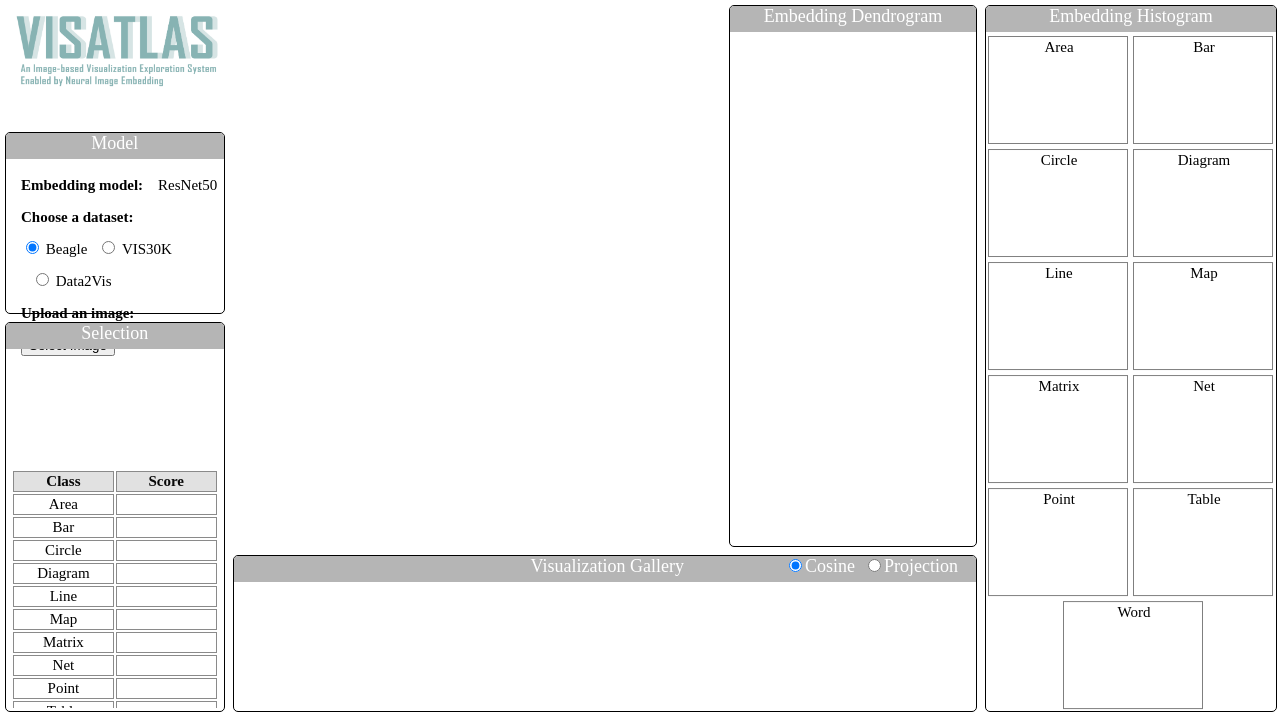
Repository: yilinye/AI_and_human_paintings
Page: / (app in VIS4AI_art/Frontend/)
The author's editor kept a copy of each file at every save. The page is drawn from the files as they stood at one save, then again after the next save.
The browser window is 1280 px wide. The pictures show the whole page.
The page's requests for data from a server got no answer. The project was rebuilt for these pictures with package versions that can differ from the ones it lists, and the page was loaded fresh each time. No one was signed in, and anything a server would have sent is missing. Also part of the build but not shown: VIS4AI_art/Frontend/vite.config.js, VIS4AI_art/Frontend/vue.config.js, VIS4AI_art/Frontend/src/components/WelcomeItem.vue, VIS4AI_art/Frontend/src/components/icons/IconDocumentation.vue, VIS4AI_art/Frontend/src/components/icons/IconTooling.vue, VIS4AI_art/Frontend/src/components/icons/IconEcosystem.vue, VIS4AI_art/Frontend/src/components/icons/IconCommunity.vue, VIS4AI_art/Frontend/src/components/icons/IconSupport.vue and 2 more.

Above is the page before, as saved 2022-04-30 21:11:15.

After the next save:
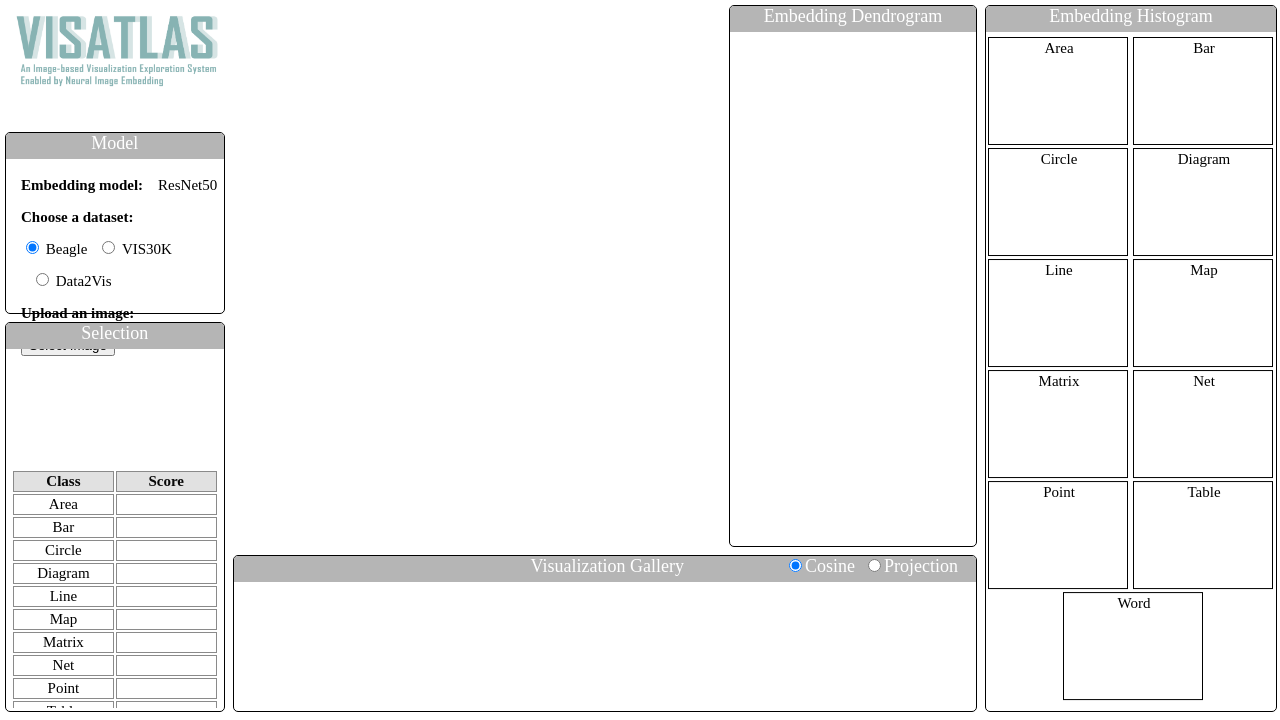
Saved 2 min 50 s later.
--- a/VIS4AI_art/Frontend/src/components/histogramView.vue
+++ b/VIS4AI_art/Frontend/src/components/histogramView.vue
@@ -1,6 +1,6 @@
 <!--
  * @Author: Qing Shi
- * @LastEditTime: 2022-04-30 21:10:38
+ * @LastEditTime: 2022-04-30 21:14:05
  * @Knowledge:
  * @Description:
  * @Attention:
@@ -15,7 +15,7 @@
         v-for="(ty, index) in typeName"
         :key="ty"
         :id="'His' + ty"
-        v-bind:style="{ border: 'solid 1px rgba(0, 0, 0, 0.5)', width: wd, height:hs, position: 'absolute', left: '2px', transform: 'translate(' + (index == 10 ? 'calc(50% + 5px)' : index % 2 ? 'calc(100% + 5px)' : '0') + ',' + 'calc(' + ((Math.floor(index / 2)) * 100) + '% + ' + ((Math.floor(index / 2)) * 5) + 'px' + ' + 4px)' + ')' }"
+        v-bind:style="{ border: 'solid 1px', width: wd, height:hs, position: 'absolute', left: '2px', transform: 'translate(' + (index == 10 ? 'calc(50% + 5px)' : index % 2 ? 'calc(100% + 5px)' : '0') + ',' + 'calc(' + ((Math.floor(index / 2)) * 100) + '% + ' + ((Math.floor(index / 2)) * 3) + 'px' + ' + 5px)' + ')' }"
       >
 
       </div>
@@ -37,15 +37,7 @@ export default {
       this.createSVG(d);
     })
 
-
     this.drawHistogram(this.fileP.filePath, this.typeName);
-    // watch window size
-    this.screenWidth = document.body.clientWidth
-    window.onresize = () => {   //屏幕尺寸变化就重新赋值
-      return (() => {
-        this.screenWidth = document.body.clientWidth
-      })()
-    }
   },
   data () {
     return {
@@ -53,7 +45,6 @@ export default {
       typeName: ["Area", "Bar", "Circle", "Diagram", "Line", "Map", "Matrix", "Net", "Point", "Table", "Word"],
       hs: "calc(16.6% - 11px)",
       wd: "calc(50% - 7px)",
-      screenWidth: null,  //屏幕尺寸
       selectType: '',
       xAxis: undefined,
       yAxis: {},
@@ -67,8 +58,13 @@ export default {
 
     };
   },
-  inject: ['fileP'],
+  inject: ['fileP'], // get file path from visView.vue
   methods: {
+    /**
+     * @description: create svg for every histogram
+     * @param {*} hisType Feature
+     * @return {*}
+     */
     createSVG: function (hisType) {
       d3.select("#" + hisType + 'Svg').remove();
       const hisHeight = document.getElementById(('His' + hisType)).offsetHeight;
@@ -126,6 +122,12 @@ export default {
         })
       });
     },
+    /**
+     * @description: draw bar charts and x/y axises
+     * @param {Array} hisData bar chart data
+     * @param {String} hisType Feature
+     * @return {*}
+     */
     drawRectAndAxis: function (hisData, hisType) {
       // remove old View
       d3.select("#his_rect_g_" + hisType).remove();
@@ -141,7 +143,7 @@ export default {
 
       const xAxis = d3.scaleLinear()
         .domain([0.1, 1.0])
-        .range([0, this.hisWidth - 60])
+        .range([0, this.hisWidth - 45])
       const yAxis = d3.scaleLinear()
         .domain([0, d3.max(hisArray)])
         .range([this.hisHeight - 42, 0]);
@@ -156,7 +158,7 @@ export default {
         .append('rect')
         .attr("dmax", d3.max(hisArray))
         .attr('x', (d, i) => {
-          return this.xAxis((i + 1) / 10) + 45 + 5;
+          return this.xAxis((i + 1) / 10) + 35 + 5;
         })
         .attr('y', (d, i) => {
           return this.yAxis[hisType](d) + 20;
@@ -169,11 +171,17 @@ export default {
       // draw Axis
       his_g.append('g')
         .call(d3.axisBottom(xAxis).ticks(5))
-        .attr("transform", `translate(${45}, ${this.hisHeight - 22})`);
+        .attr("transform", `translate(${35}, ${this.hisHeight - 22})`);
       his_g.append('g')
         .call(d3.axisLeft(yAxis).ticks(5))
-        .attr("transform", `translate(${45}, ${20})`);
-    },
+        .attr("transform", `translate(${35}, ${20})`);
+    },
+    /**
+     * @description: draw bar charts which be select. I draw them without height. When I select some data, I will change the height of them.
+     * @param {*} hisData bar chart data
+     * @param {*} hisType Feature
+     * @return {*}
+     */
     drawSelectRect: function (hisData, hisType) {
       // remove old View
       d3.select("#his_sel_g_" + hisType).remove();
@@ -198,7 +206,7 @@ export default {
           return "sel" + hisType + (i + 1);
         })
         .attr('x', (d, i) => {
-          return this.xAxis((i + 1) / 10) + 45 + 5;
+          return this.xAxis((i + 1) / 10) + 40;
         })
         .attr('y', (d, i) => {
           return this.hisHeight - 20;
@@ -209,6 +217,12 @@ export default {
         .attr('width', 10)
         .attr('fill', "orange");
     },
+    /**
+     * @description: a brush. Select areas in the bar chart
+     * @param {*} hisData bar chart data
+     * @param {*} hisType Feature
+     * @return {*}
+     */
     RectBrush (hisData, hisType) {
       let _this = this;
       const hisArray = new Array();
@@ -255,20 +269,19 @@ export default {
           let levelType = undefined;
           let pidScatter = {};
 
-          let filePath = _this.fileP.filePath;
-          if (filePath[13] == 'B') {
-            levelType = _this.levelCluster["Beagle"];
-          }
-
-          if (filePath[13] == 'v') {
-            levelType = _this.levelCluster["VIS"];
-          }
-
-          if (filePath[13] == 'd') {
-            levelType = _this.levelCluster["Data"];
-          }
+        let filePath = _this.fileP.filePath;
+        if (filePath[13] == 'B') {
+          levelType = _this.levelCluster["Beagle"];
+        }
+
+        if (filePath[13] == 'V') {
+          levelType = _this.levelCluster["VIS"];
+        }
+
+        if (filePath[13] == 'D') {
+          levelType = _this.levelCluster["Data"];
+        }
           let treeCnt = {};
-          console.log(levelType);
           levelType.forEach(d => {
             treeCnt[d.toLowerCase()] = {
               value: 0,
@@ -282,7 +295,7 @@ export default {
               selectData[d][i] = { cnt: 0 };
           })
           for (let i = 0; i < 9; ++i) {
-            if (x0 < _this.xAxis((i + 1) / 10) + 45 + 5 && _this.xAxis((i + 1) / 10) + 45 + 5 < x1) {
+            if (x0 < _this.xAxis((i + 1) / 10) + 40 + 6 && _this.xAxis((i + 1) / 10) + 40 + 6 < x1) {
               hisData[i + 1].items.forEach(d => {
                 pidScatter[d.pid] = 1;
                 // d3.select("#rad_cir" + d.pid).attr('opacity', 1).attr('r', 4);
@@ -327,6 +340,12 @@ export default {
         }
       }
     },
+    /**
+     * @description: update Dendrogram
+     * @param {Array} treeData data of the tree
+     * @param {Int} sumTree Number of all selected elements
+     * @return {*}
+     */
     updateTree (treeData, sumTree) {
       this.$emit('updateTree', treeData, sumTree);
     }
@@ -338,14 +357,6 @@ export default {
         this.drawHistogram(this.fileP.filePath, this.typeName);
       },
       deep: true
-    },
-    screenWidth: {
-      handler (newValue, oldValue) {
-        this.typeName.forEach(d => {
-          this.createSVG(d);
-        })
-        this.drawHistogram(this.fileP.filePath, this.typeName);
-      }
     }
   }
 }
